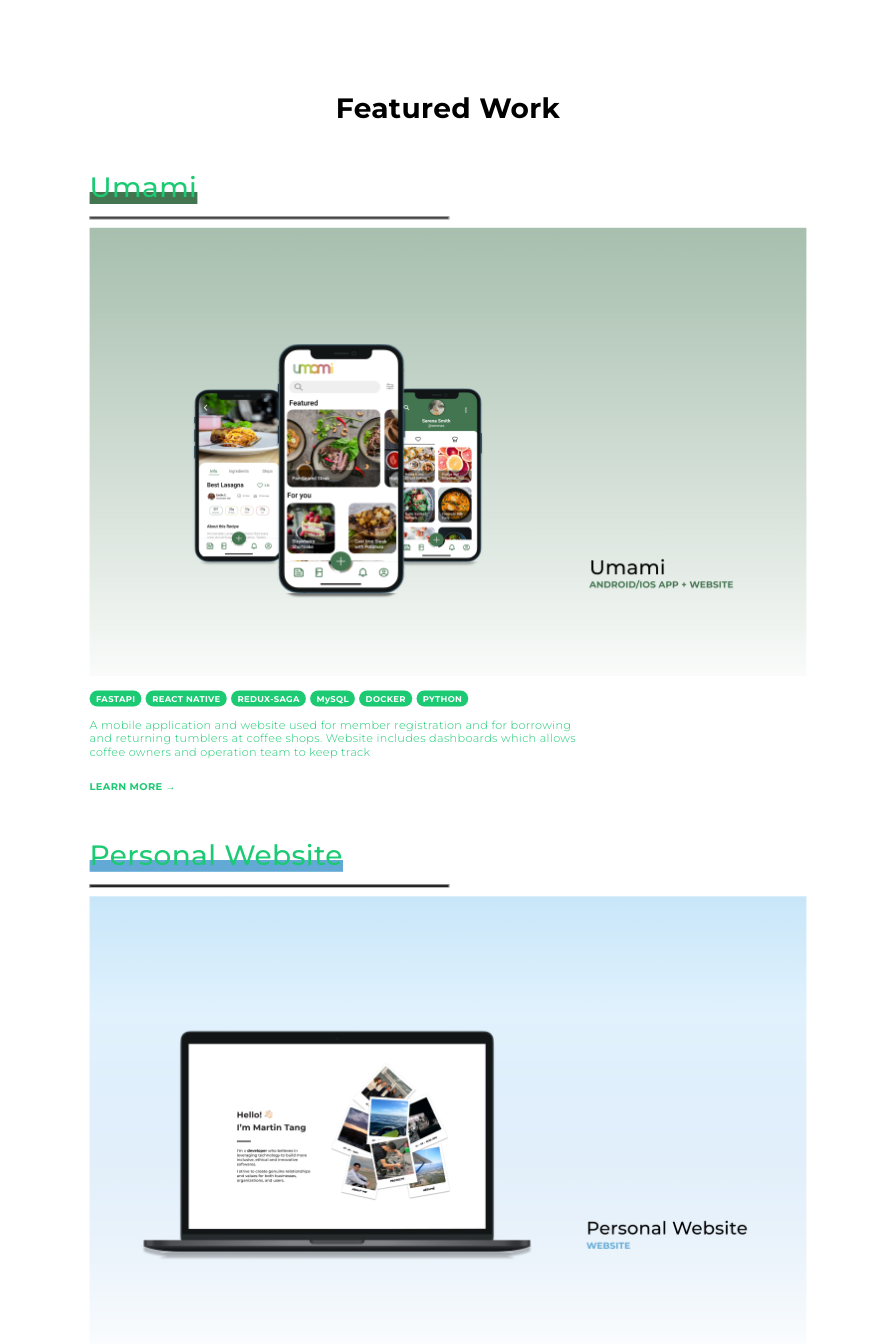
Repository: TangMartin/martintang
Page: index.html
The author's editor kept a copy of each file at every save. The page is drawn from the files as they stood at one save, then again after the next save.
The browser window is 1280 px wide. The pictures show the part of the page from y = 879 to 2799 px (the page is 2982 px tall), at 70% of full size.

Above is the page before, as saved 2021-11-24 22:16:33.

After the next save:
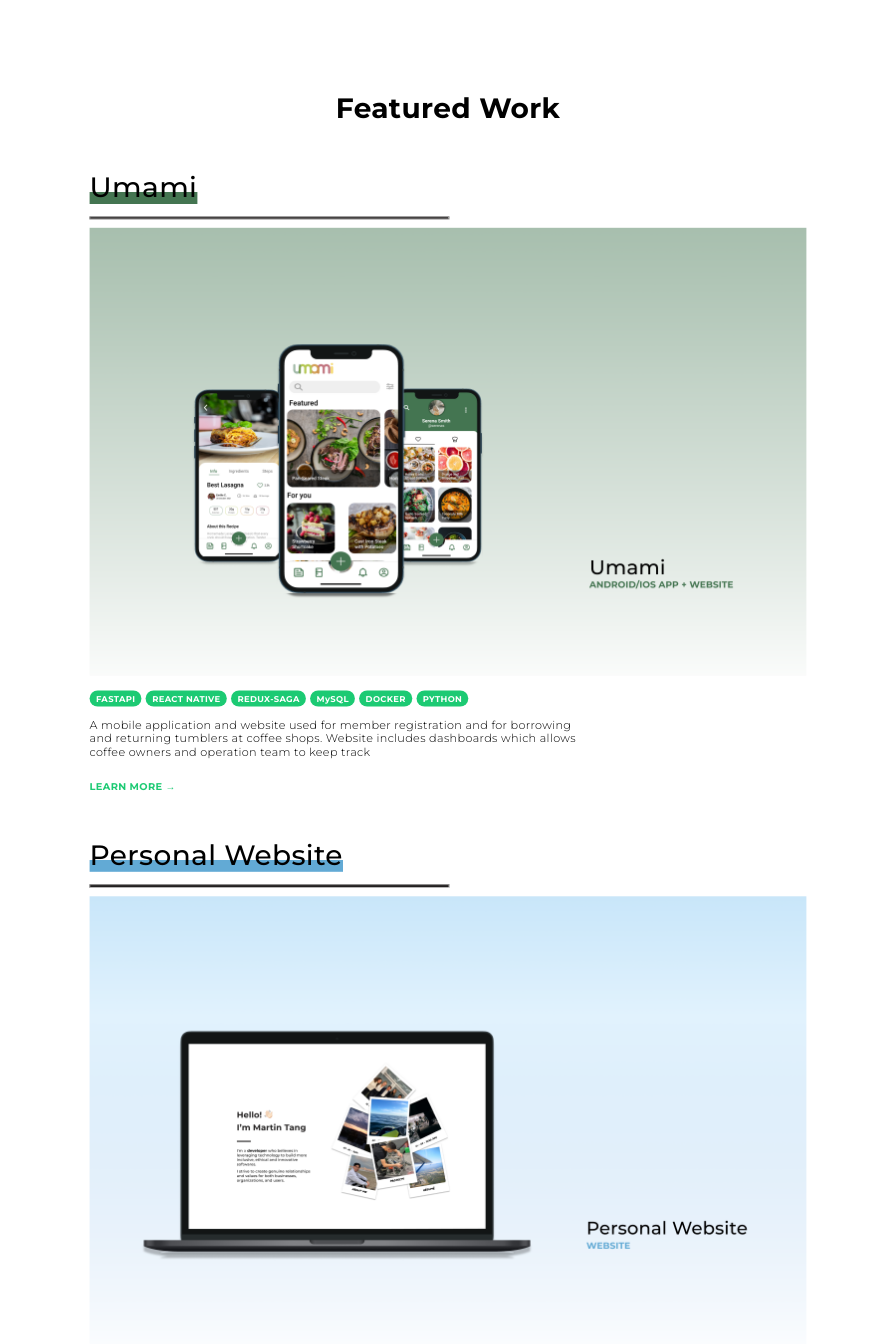
Saved 10 s later.
--- a/styles/style.css
+++ b/styles/style.css
@@ -99,7 +99,6 @@ h3 {
 }
 .work_item {
     margin-top: 4rem;
-    color: var(--work-color);
 }
 .work_item h1{
     margin-bottom: 1%;
